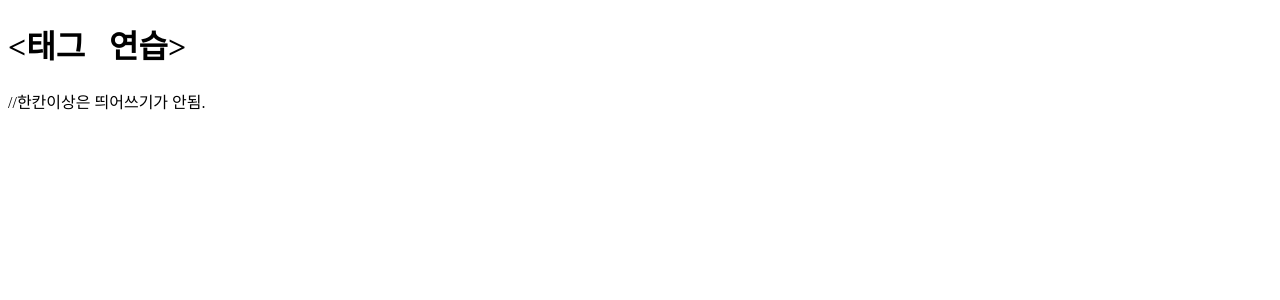
Repository: blinggg/html_git
Page: 0406/ex0406/WebContent/ex03.html
These files come from the project's save history. The page is drawn as it stood at one moment and after the next save; the edit follows.
The browser window is 1280 px wide. The pictures show the whole page.

Above is the page before, as saved 2020-04-06 01:48:05.

### 0406/ex0406/WebContent/ex03.html
<!DOCTYPE html>
<html>
<head>
<meta charset="UTF-8">
<title>연습3</title>
</head>
<body>
	<h1>&lt;태그&nbsp;&nbsp;&nbsp;연습&gt;</h1> //한칸이상은 띄어쓰기가 안됨.
</body>
</html>

After the next save:
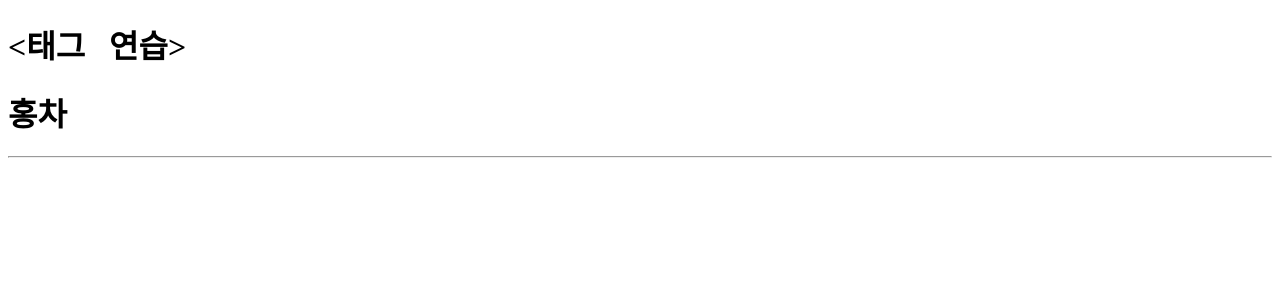
Saved 118 s later.
--- a/0406/ex0406/WebContent/ex03.html
+++ b/0406/ex0406/WebContent/ex03.html
@@ -5,6 +5,11 @@
 <title>연습3</title>
 </head>
 <body>
-	<h1>&lt;태그&nbsp;&nbsp;&nbsp;연습&gt;</h1> //한칸이상은 띄어쓰기가 안됨.
+	<h1>&lt;태그&nbsp;&nbsp;&nbsp;연습&gt;</h1>
+	<h1>홍차</h1>
+	<hr/>
+
+
+
 </body>
 </html>
